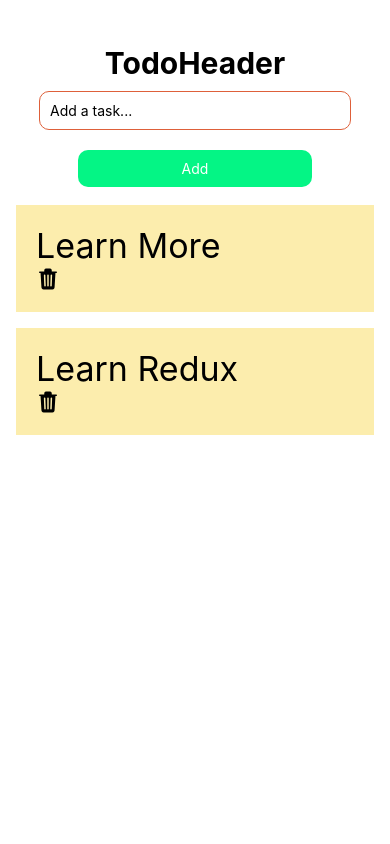
Repository: itadori17/Redux-Todo
Screen: /
An editor plug-in stored every save of this project. The screen is shown before and after a run of saves, followed by the edit.
The app was drawn by React Native's web renderer in a window 390 px wide. The project was rebuilt for these pictures with package versions that can differ from the ones it lists, and the page was loaded fresh each time.

Above is the screen before, as saved 2022-08-16 16:58:04.

After the next 2 saves:
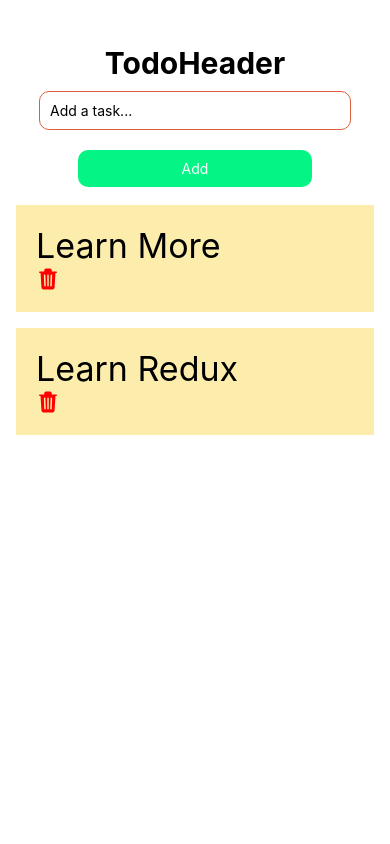
The 2 saves are shown as one change because they came seconds apart.
The last was saved 6 s later.
--- a/src/components/TodoList.js
+++ b/src/components/TodoList.js
@@ -23,7 +23,7 @@ const renderItem = ({ item } )=> {
                 deleteItem(item.id)
              }}
             >
-            <Ionicons name="trash" size={24} color="black" />
+            <Ionicons name="trash" size={24} color="red" />
             </TouchableOpacity>
 
         </View>
